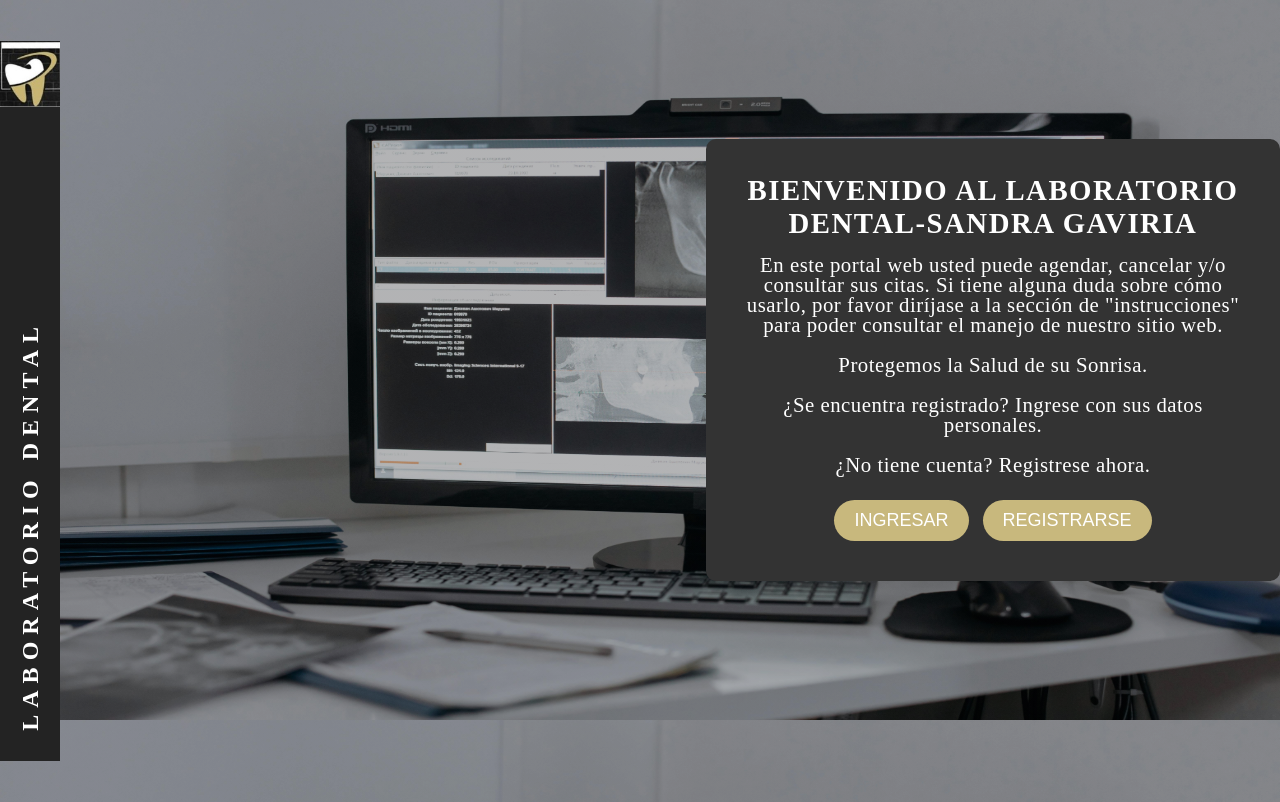
Repository: IIntef/ProyectoDental2.0
Page: Proyecto/Proyecto/Fer.html
The author's editor kept a copy of each file at every save. The page is drawn from the files as they stood at one save, then again after the next save.
The browser window is 1280 px wide. The pictures show the whole page.
Backgrounds fixed to the window are drawn as part of the page.

Above is the page before, as saved 2024-06-14 16:52:47.

### Proyecto/Proyecto/Fer.html
<!DOCTYPE html>
<html lang="en">
<head>
    <meta charset="UTF-8">
    <meta name="viewport" content="width=device-width, initial-scale=1.0">
    <title>Inicio</title>
    <link rel="stylesheet" href="StyleFer.css">
</head>
<body>
    <header>
        <img src="Logo.jpeg" alt="Logo Laboratorio Dental">
        <h1>LABORATORIO DENTAL</h1>
    </header>
    <main>
        <div class="container">
        <h2>BIENVENIDO AL LABORATORIO DENTAL-SANDRA GAVIRIA</h2>
        <P>En este portal web usted puede agendar, cancelar y/o consultar sus citas. Si tiene alguna duda sobre cómo usarlo, por favor diríjase a la sección de "instrucciones" para poder consultar el manejo de nuestro sitio web.</P>
        <p>Protegemos la Salud de su Sonrisa.</p>
        <p>¿Se encuentra registrado? Ingrese con sus datos personales.</p>
        <p>¿No tiene cuenta? Registrese ahora.</p>

        <div class="buttons">
        <button id="ingresar">INGRESAR</button>
        <button id="registrarse">REGISTRARSE</button>
        </div>
    </div>
    </main>
</body>
</html>

### Proyecto/Proyecto/StyleFer.css
header{
    position: relative;
    background-color: #232323;
    width: fit-content;
    height: 100vh;
    display: flex;
    flex-direction: column;
    align-items: center;
    justify-content: space-between;
    z-index: 1;
}

header h1 {
    writing-mode: vertical-rl;
    letter-spacing: 7px;
    font-size: clamp(1rem, 2.5vw, 1.5rem);
    transform: rotate(180deg);
    color: #fff;
    margin: 30px 0 ;
    font-weight: bold;
}

header img {
    width: 8vw;
    max-width: 60px;
}

main{
    width: 100%;
    justify-content:flex-start;
    align-items: center;
    margin-left: calc(30% - 110px);
}

.container{
    flex: 1;
    background-color: #333;
    color: #ffffff;
    padding: 35px;
    text-align: center;
    width: 70vw;
    max-width: 70vh;
    border-radius: 10px;
    margin-left: auto; /* Empujar hacia la derecha */
    margin-top: 50vh; /* Centrar verticalmente usando un margen */
    transform: translateY(-50%);
}
body {
    padding: 0;
    margin: 0;
    font-family: 'Times New Roman', Times, serif, Helvetica, Arial, sans-serif;
    display: flex;
    align-items: center;
    min-height: 100%;
    background: linear-gradient(rgba(5,7,12,0.3), rgba(5,7,12,0.3)), url("Fondo.jpg"), no-repeat center center fixed;
    width: 100%;
    background-size: cover;
}

h1{
    margin: 0;
    color: white;
    font-family: 'Fredoka One';
    letter-spacing: 1.5px;
    font-size: clamp(1.5rem, 2.5vw, 2rem);
    text-align: center;
}

h2{
    margin: 0;
    color: white;
    font-family: 'Fredoka One';
    letter-spacing: 1.5px;
    font-size: clamp(1.2rem, 2.5vw, 1.8rem);
    text-align:center;
}

p{
    font-weight: 100;
    line-height: 20px;
    letter-spacing: 0.5px;
    margin: 15px 0 20px;
    font-size: clamp(1.2rem, 2.5vw, 1.3rem);
}

a{
    color: white;
    font-size: 17px;
    text-decoration: none;
    margin: 15px 3px;
}

span{
    margin-bottom: 8px;
}

.content {
    display: flex;
    flex-direction: column;
    align-items: center;
}



.buttons {
    margin-top: 20px;
    align-items: center;
}

button {
    font-size: large;
    background-color: #c8b87d;
    color: #ffffff;
    border: none;
    padding: 10px 20px;
    margin: 5px;
    cursor: pointer;
    border-radius: 30px; /* Bordes redondos */
    transition: background-color 0.3s; /* Transición suave del color de fondo */
}

button:hover {
    background-color: #e0d4a0; /* Cambia el color al pasar el cursor */
}

.image-container {
    display: none; /* Oculta el contenedor de imagen */
}

After the next save:
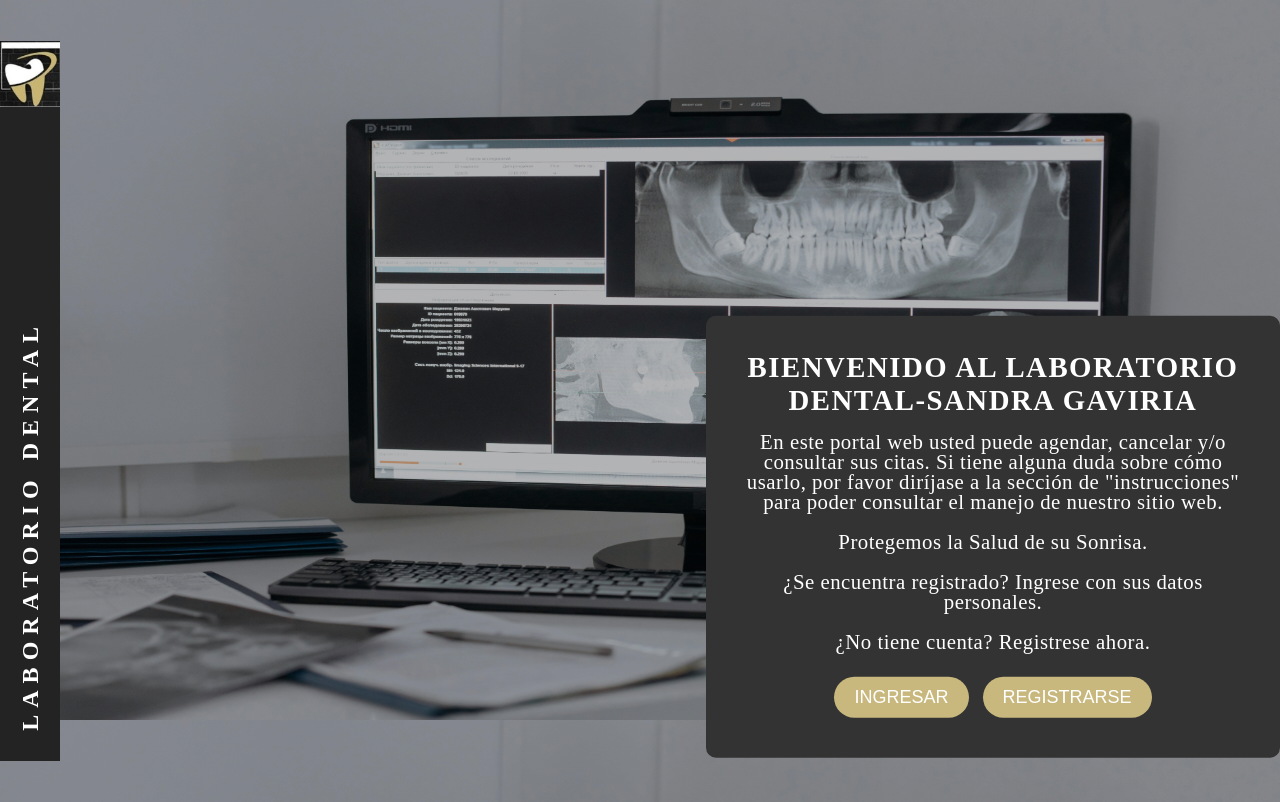
Saved 8 s later.
--- a/Proyecto/Proyecto/StyleFer.css
+++ b/Proyecto/Proyecto/StyleFer.css
@@ -43,7 +43,7 @@ main{
     border-radius: 10px;
     margin-left: auto; /* Empujar hacia la derecha */
     margin-top: 50vh; /* Centrar verticalmente usando un margen */
-    transform: translateY(-50%);
+    transform: translateY(-10%);
 }
 body {
     padding: 0;
